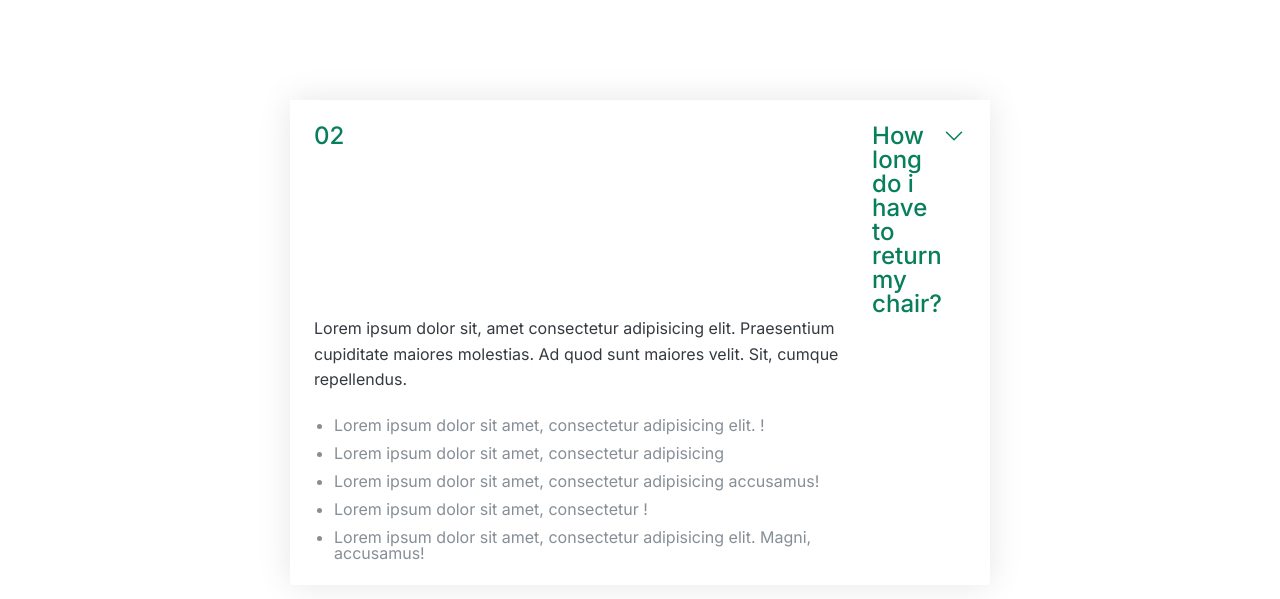
Repository: sunny070/CSS
Page: HTML and CSS some of the important components/index.html
An editor plug-in stored every save of this project. The page is shown before and after a run of saves, followed by the edit.
The browser window is 1280 px wide. The pictures show the whole page.

Above is the page before, as saved 2023-11-13 15:20:00.

### HTML and CSS some of the important components/index.html
<!DOCTYPE html>
<html lang="en">
  <head>
    <meta charset="UTF-8" />
    <meta name="viewport" content="width=device-width, initial-scale=1.0" />
    <title>Accordion Components</title>
    <link
      href="https://fonts.googleapis.com/css2?family=Inter:wght@400;500;700&display=swap"
      rel="stylesheet"
    />
    <style>
      /*
    SPACING SYSTEM (px)
    2 / 4 / 8 / 12 / 16 / 24 / 32 / 48 / 64 / 80 / 96 / 128

    FONT SIZE SYSTEM (px)
    10 / 12 / 14 / 16 / 18 / 20 / 24 / 30 / 36 / 44 / 52 / 62 / 74 / 86 / 98
    */

      /*
    MAIN COLOR: #087f5b
    GREY COLOR: #343a40
    */

      * {
        margin: 0;
        padding: 0;
        box-sizing: border-box;
      }

      /* ------------------------ */
      /* GENERAL STYLES */
      /* ------------------------ */
      body {
        font-family: "Inter", sans-serif;
        color: #343a40;
        line-height:1;
      }
      .accordion
      {
        width:700px;
        margin: 100px auto;

      }
      .item{
        box-shadow: 0 0 32px rgba(0,0,0,0.1);
        padding: 24px;
        display: grid;
        grid-template-columns: auto 1fr auto;
      }
      .number ,.text{
        font-size: 24px;
        font-weight: 500;
        color:#087f5b;
      }

      .icon{
        width: 24px;
        height: 24px;
        stroke: #087f5b;
      }
      .hidden-box{
        grid
      }
      .hidden-box p{
        line-height: 1.6;
        margin-bottom: 24px;
      }
      .hidden-box ul{
        color:#868e96;
        margin-left: 20px;
        display:flex;
        flex-direction: column;
        gap: 12px;

      }
      /* .hidden-box li{
        margin-bottom: 12px;
      } */
    </style>
  </head>
  <body>
<div class="accordion">
  <div class="item">
  <p class="number"> 02</p>
  <p class="text">How long do i have to return my chair?</p>
  <svg class="icon" xmlns="http://www.w3.org/2000/svg" fill="none" viewBox="0 0 24 24" stroke-width="1.5" stroke="currentColor" class="w-6 h-6">
    <path stroke-linecap="round" stroke-linejoin="round" d="M19.5 8.25l-7.5 7.5-7.5-7.5" />
  </svg>
  <div class="hidden-box">
    <p>Lorem ipsum dolor sit, amet consectetur adipisicing elit. Praesentium cupiditate maiores molestias. Ad quod sunt maiores velit. Sit, cumque repellendus.</p>
    <ul>
      <li>Lorem ipsum dolor sit amet, consectetur adipisicing elit. !</li>
      <li>Lorem ipsum dolor sit amet, consectetur adipisicing</li>
      <li>Lorem ipsum dolor sit amet, consectetur adipisicing  accusamus!</li>
      <li>Lorem ipsum dolor sit amet, consectetur !</li>
      <li>Lorem ipsum dolor sit amet, consectetur adipisicing elit. Magni, accusamus!</li>

    </ul>
  </div>
  </div>

</div>

  </body>
</html>

After the next 2 saves:
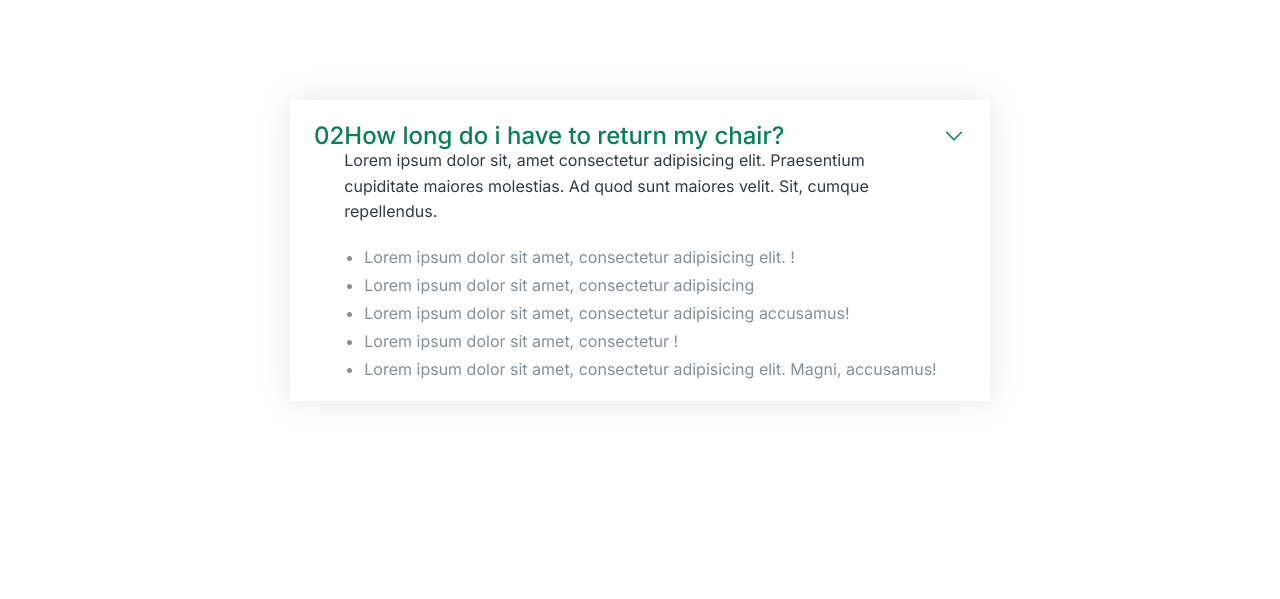
The 2 saves are shown as one change because they came seconds apart.
The last was saved 6 s later.
--- a/HTML and CSS some of the important components/index.html
+++ b/HTML and CSS some of the important components/index.html
@@ -60,7 +60,7 @@
         stroke: #087f5b;
       }
       .hidden-box{
-        grid
+        grid-column: 2;
       }
       .hidden-box p{
         line-height: 1.6;
